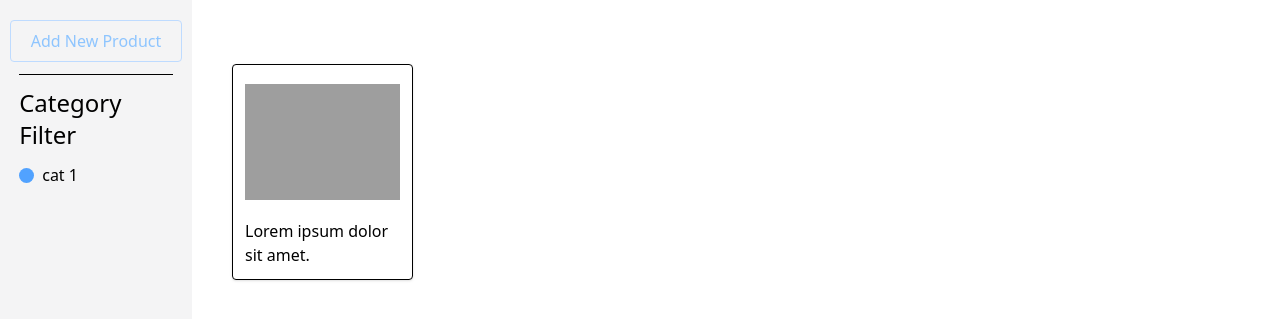
Repository: Habeebur1493/project
Page: /Home
An editor plug-in stored every save of this project. The page is shown before and after the next save, followed by the edit.
The browser window is 1280 px wide. The pictures show the whole page.
Pictures or frames that could not be fetched are drawn as grey boxes. The project was rebuilt for these pictures with package versions that can differ from the ones it lists, and the page was loaded fresh each time. Also part of the build but not shown: vite.config.js, src/Components/Login.jsx, src/Components/Details.jsx.

Above is the page before, as saved 2025-01-31 11:34:20.

### index.html
<!doctype html>
<html lang="en">
  <head>
    <meta charset="UTF-8" />
    <meta name="viewport" content="width=device-width, initial-scale=1.0" />
    <title>Project</title>
  </head>
  <body>
    <div id="root"></div>
    <script type="module" src="/src/main.jsx"></script>
  </body>
</html>

### src/main.jsx
import React from "react";
import { createRoot } from "react-dom/client";
import App from "./App.jsx";
import { BrowserRouter } from "react-router-dom";

createRoot(document.getElementById("root")).render(

    <BrowserRouter>
      <App />
    </BrowserRouter>

);

### src/App.jsx
import React from "react";
import "./App.css";
import { Route, Routes } from "react-router-dom";
import Login from "./Components/Login.jsx";
import Home from "./Components/Home.jsx";
import Details from "./Components/Details.jsx";

const App = () => {
  return (
    <div className="h-screen w-screen flex">
      <Routes>
        <Route path="/" element={<Login />} />
        <Route path="/Home" element={<Home />} />
        <Route path="/details/:id" element={<Details />} />
      </Routes>
    </div>
  );
};

export default App;

### src/Components/Home.jsx
import React from 'react'
import Nav from './Nav'
import { Link } from 'react-router-dom'



const Home = () => {
  return (
    <>
    <Nav />

    <div className='w-[85%] p-10 pt-[5%] flex flex-wrap overflow-x-hidden overflow-y-auto'>
          <Link
          to='/details/1'
            className='mr-3 mb-3 card p-3 border shadow rounded w-[18%] h-[30vh] flex-col flex
            justify-center items-center'>
            <div
               className='hover:scale-110 mb-3 w-full h-[80%] bg-contain bg-no-repeat bg-center'
               style={{
                  backgroundImage:
                      "url(https://fakestoreapi.com/img/81fPKd-2AYL._AC_SL1500_.jpg)",
               }}
            ></div>
            <h1 className="hover:text-blue-300">Lorem ipsum dolor sit amet.</h1>
        </Link>
    </div>
    </>
  )
}

export default Home

### src/Components/Nav.jsx
import React from 'react'

const Nav = () => {
  return (
    <nav className='w-[15%] h-full bg-zinc-100 flex flex-col items-center pt-5'>
    <a className='py-2 px-5 border rounded border-blue-200 text-blue-300'
    href="/create">
      Add New Product
    </a>
    <hr  className='my-3 w-[80%]'/>
    <h1 className='text-2xl mb-3 w-[80%]'>Category Filter</h1>
    <ul className='w-[80%]'>
      <li className='flex items-center mb-3'>
        <span className='rounded-full mr-2 w-[15px] h-[15px] bg-blue-400'></span>{""}
        cat 1
      </li>
    </ul>
  </nav>
  )
}

export default Nav

Loaded but not shown: src/App.css (common file)

After the next save:
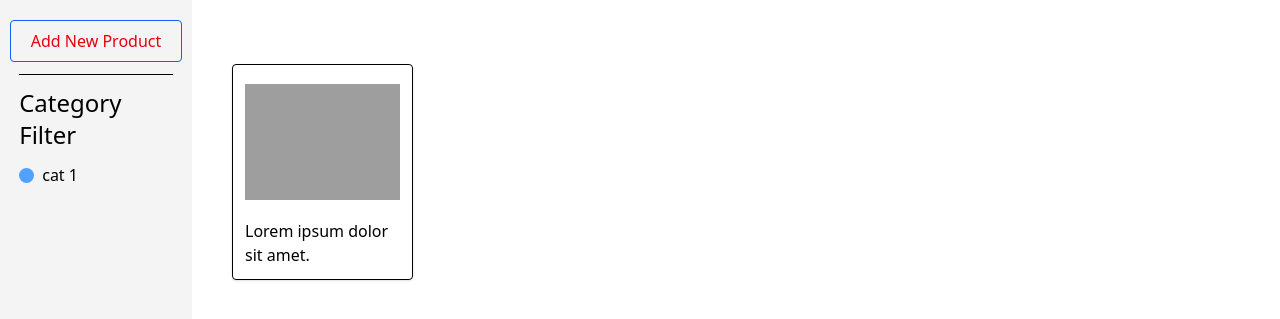
Saved 78 s later.
--- a/src/Components/Nav.jsx
+++ b/src/Components/Nav.jsx
@@ -3,7 +3,7 @@ import React from 'react'
 const Nav = () => {
   return (
     <nav className='w-[15%] h-full bg-zinc-100 flex flex-col items-center pt-5'>
-    <a className='py-2 px-5 border rounded border-blue-200 text-blue-300'
+    <a className='py-2 px-5 border rounded border-blue-600 text-red-600'
     href="/create">
       Add New Product
     </a>
